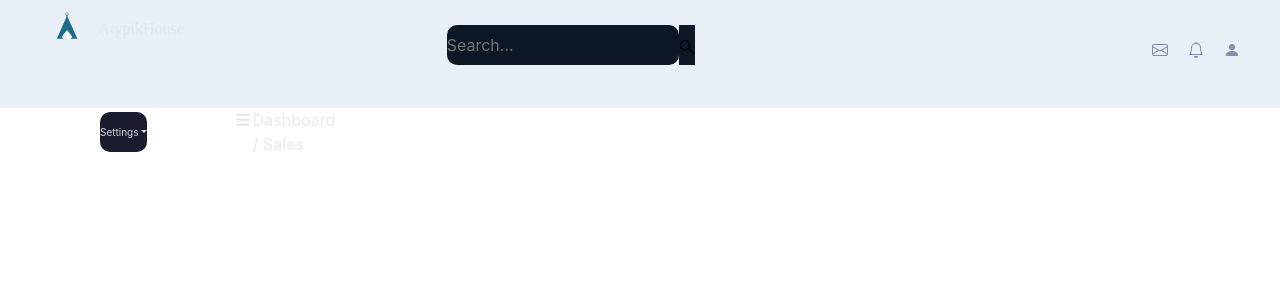
Repository: kifack/API-Symfony-AtypikHouse
Page: / (app in admin-frontend/)
An editor plug-in stored every save of this project. The page is shown before and after the next save, followed by the edit.
The browser window is 1280 px wide. The pictures show the whole page.
Some web libraries are served in a nearby version. The project was rebuilt for these pictures with package versions that can differ from the ones it lists, and the page was loaded fresh each time. Also part of the build but not shown: admin-frontend/src/css/Responsive.css, admin-frontend/src/css/admin/navbar.css, admin-frontend/src/components/template_parts/Header.js, admin-frontend/src/components/template_parts/Footer.js, admin-frontend/src/components/template_parts/Sidebar.js, admin-frontend/src/components/partials/LocationEntry.js, admin-frontend/src/components/template_parts/Spinner.js, admin-frontend/src/actions/location.js and 26 more.

Above is the page before, as saved 2020-10-01 19:06:15.

After the next save:
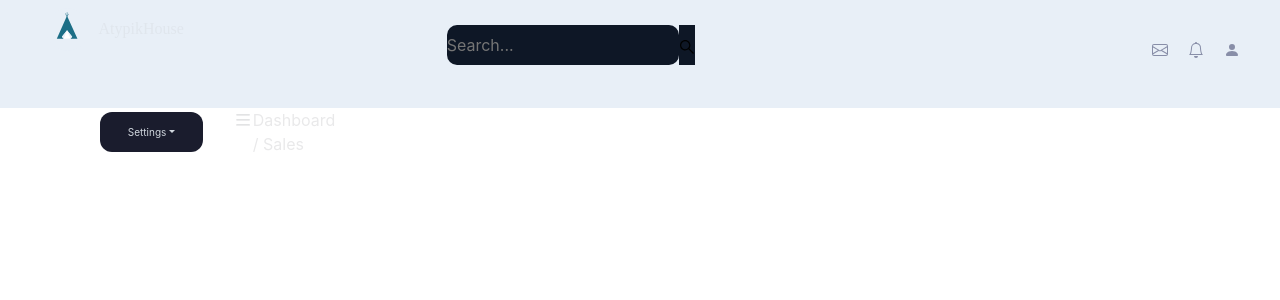
Saved 13 s later.
--- a/admin-frontend/src/css/App.css
+++ b/admin-frontend/src/css/App.css
@@ -185,7 +185,8 @@ button#setting {
   background-color: #1a1c2d;
   color: #d2d8df;
   font-size: 10px;
-  border-radius: 10px;
+  width: 100%;
+  border-radius: 12px;
 
   }
 
